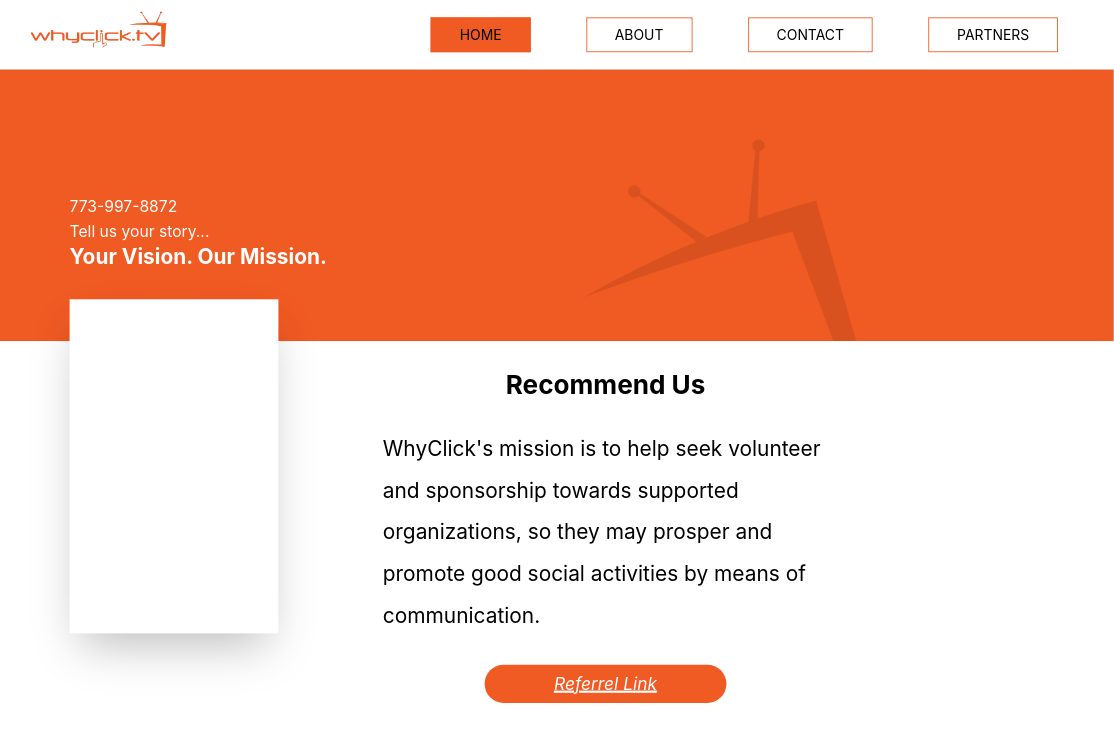
Repository: legenddev1202/whyclicktv
Page: /
An editor plug-in stored every save of this project. The page is shown before and after the next save, followed by the edit.
The browser window is 1280 px wide. The pictures show the whole page, at 87% of full size.
The project was rebuilt for these pictures with package versions that can differ from the ones it lists, and the page was loaded fresh each time. Also part of the build but not shown: src/pages/about.js, src/App.css.

Above is the page before, as saved 2022-03-30 16:56:37.

### src/index.css
@tailwind base;
@tailwind components;
@tailwind utilities;

body {
  margin: 0;
  font-family: -apple-system, BlinkMacSystemFont, "Segoe UI", "Roboto", "Oxygen",
    "Ubuntu", "Cantarell", "Fira Sans", "Droid Sans", "Helvetica Neue",
    sans-serif;
  -webkit-font-smoothing: antialiased;
  -moz-osx-font-smoothing: grayscale;
  height: 100%;
  min-height: 500px;
}

code {
  font-family: source-code-pro, Menlo, Monaco, Consolas, "Courier New",
    monospace;
}

### src/App.js
import { Routes, Route, Link } from "react-router-dom";
import Home from "./pages/home";
import About from "./pages/about";
import "./App.css";

function App() {
  return (
    <Routes>
      <Route path="/" element={<Home />} />
      <Route path="about" element={<About />} />
    </Routes>
  );
}

export default App;

### src/pages/home.js
import React from "react";
import { Routes, Route, Link } from "react-router-dom";

function Home() {
  return (
    <>
      <div className="bg-transparent w-full h-20 flex items-center px-8 justify-between">
        <div className="h-20">
          <img
            className="logo-icon h-full"
            src="assets/images/logos/logo.svg"
            alt="logo"
          />
        </div>
        <div className="">
          <button
            className="h-10 px-8 mx-8 border"
            style={{ borderColor: "#F05A23", backgroundColor: "#F05A23" }}
          >
            <Link to="/">HOME</Link>
          </button>
          <button
            className="h-10 px-8 mx-8 border"
            style={{ borderColor: "#F05A23" }}
          >
            <Link to="/about">ABOUT</Link>
          </button>
          <button
            className="h-10 px-8 mx-8 border"
            style={{ borderColor: "#F05A23" }}
          >
            <Link to="/contact">CONTACT</Link>
          </button>
          <button
            className="h-10 px-8 mx-8 border"
            style={{ borderColor: "#F05A23" }}
          >
            <Link to="/contact">PARTNERS</Link>
          </button>
        </div>
      </div>
      <div className="h-full w-full bg-slate-300">
        <div
          className="relative overflow-hidden"
          style={{ backgroundColor: "#F05A23" }}
        >
          <img
            className="logo-icon h-full absolute -bottom-20 right-72"
            src="assets/images/logos/tv-logo.png"
            alt="logo"
          />
          <div className="p-20 pt-36">
            <div className="text-lg text-white">773-997-8872</div>
            <div className="text-lg text-white">Tell us your story...</div>
            <div className="text-2xl font-bold text-white">
              Your Vision. Our Mission.
            </div>
          </div>
        </div>
      </div>
      <div className="w-full p-8 pl-36 flex flex-col items-center justify-center relative">
        <div className="text-3xl font-bold">Recommend Us</div>
        <div className="text-2xl max-w-lg pt-8 leading-loose">
          WhyClick's mission is to help seek volunteer and sponsorship towards
          supported organizations, so they may prosper and promote good social
          activities by means of communication.
        </div>
        <button
          className="rounded-full italic p-2 px-20 text-white underline text-xl mt-8"
          style={{ backgroundColor: "#F05A23" }}
        >
          <Link to="/referrel">Referrel Link</Link>
        </button>
        <div className="w-60 h-96 bg-white shadow-2xl absolute left-20 -top-12">
          <div
            className="width-full h-20 absolute bottom-0"
            style={{ backgroundColor: "#F05A23" }}
          ></div>
        </div>
      </div>
    </>
  );
}
export default Home;

Loaded but not shown: public/index.html (common file); src/index.js (common file); src/reportWebVitals.js (common file); tailwind.config.js (common file)

After the next save:
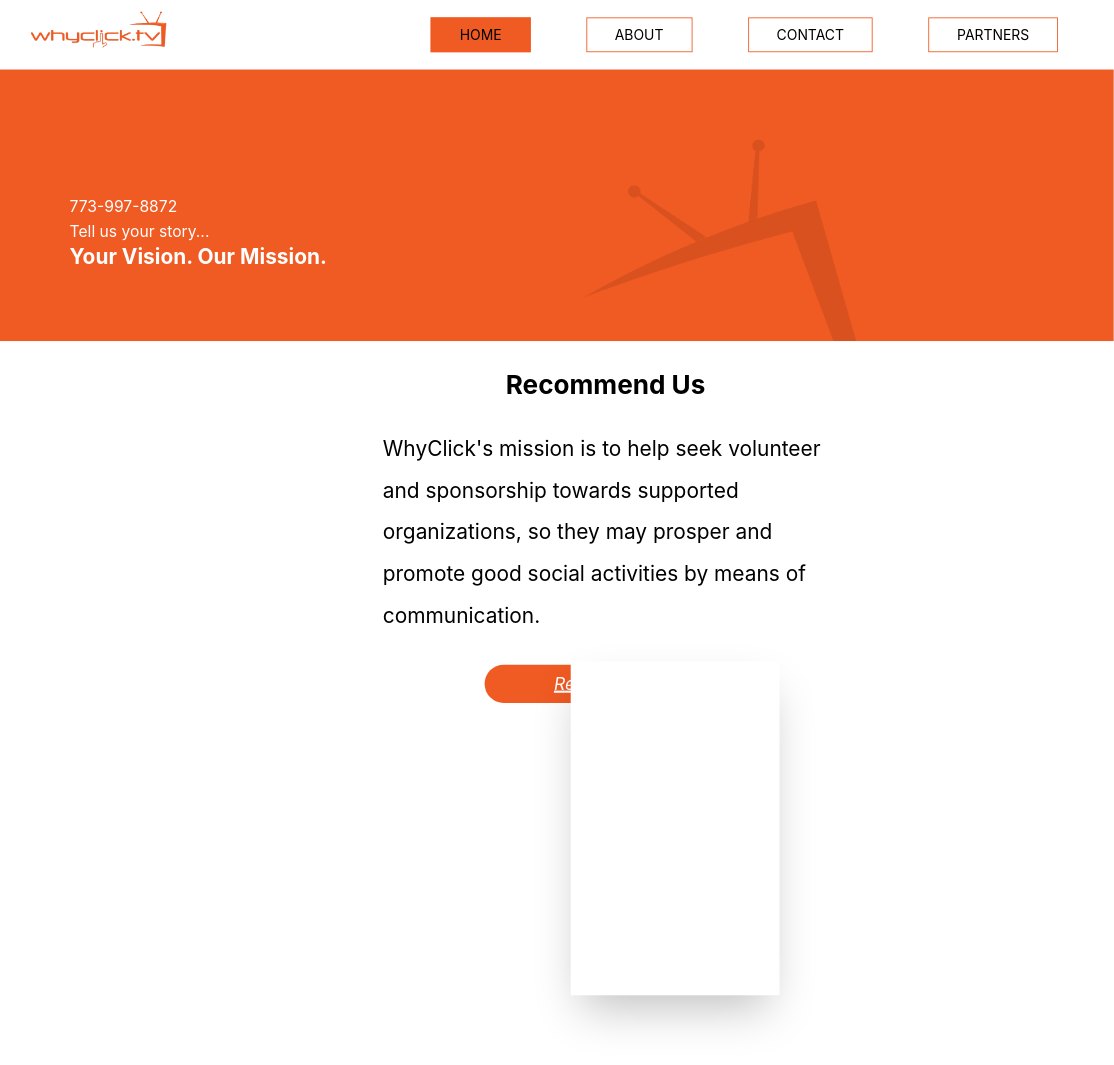
Saved 15 s later.
--- a/src/pages/home.js
+++ b/src/pages/home.js
@@ -71,7 +71,7 @@
         >
           <Link to="/referrel">Referrel Link</Link>
         </button>
-        <div className="w-60 h-96 bg-white shadow-2xl absolute left-20 -top-12">
+        <div className="w-60 h-96 bg-white shadow-2xl absolute left-20 -top-12 relative">
           <div
             className="width-full h-20 absolute bottom-0"
             style={{ backgroundColor: "#F05A23" }}

After the save that followed:
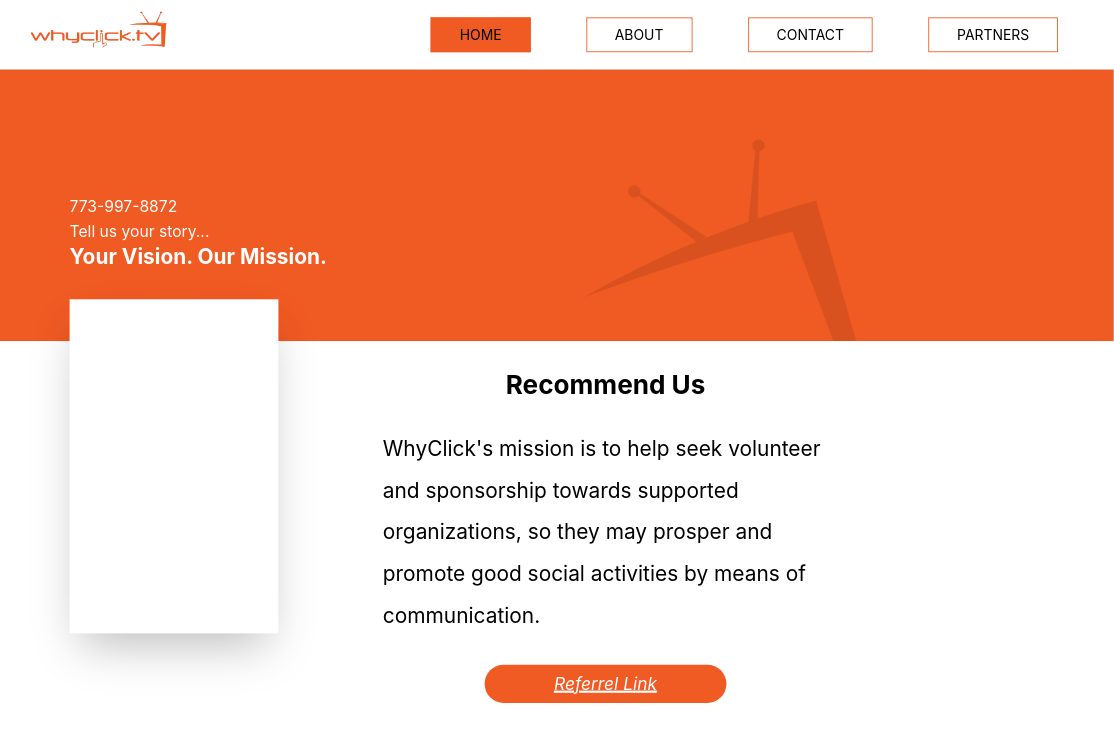
Saved 11 s later.
--- a/src/pages/home.js
+++ b/src/pages/home.js
@@ -71,7 +71,7 @@
         >
           <Link to="/referrel">Referrel Link</Link>
         </button>
-        <div className="w-60 h-96 bg-white shadow-2xl absolute left-20 -top-12 relative">
+        <div className="w-60 h-96 bg-white shadow-2xl absolute left-20 -top-12">
           <div
             className="width-full h-20 absolute bottom-0"
             style={{ backgroundColor: "#F05A23" }}
